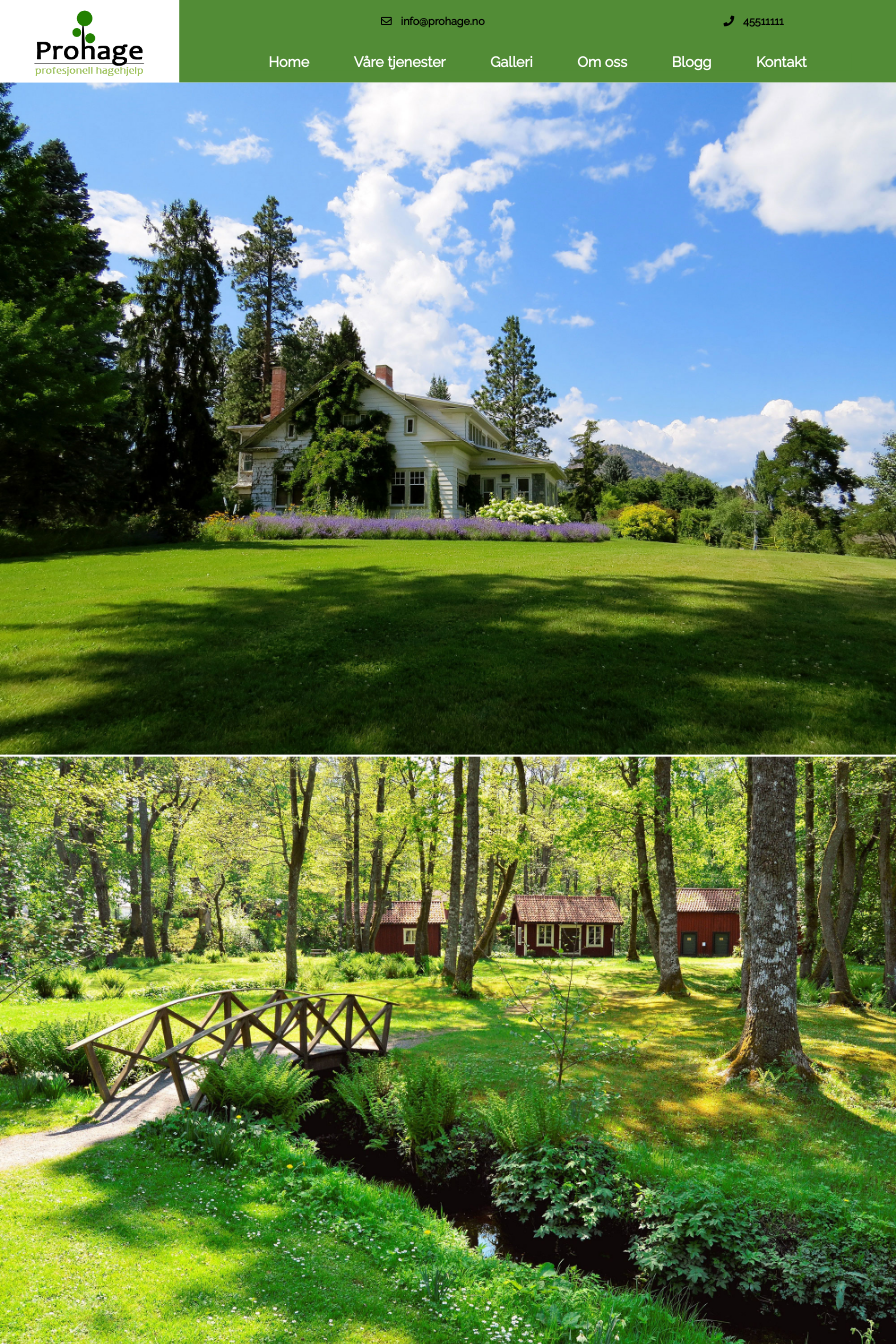
Repository: marinazzz/garden-design-website
Page: Garden design website/index.html
These files come from the project's save history. The page is drawn as it stood at one moment and after the next save; the edit follows.
The browser window is 1280 px wide. The pictures show the part of the page from y = 0 to 1920 px (the page is 2934 px tall before and 720 px after), at 70% of full size.

Above is the page before, as saved 2020-03-28 11:32:56.

### Garden design website/index.html
<!DOCTYPE html>
<html lang="nb">
<head>
    <title>Hagedesign Oslo</title>
    <link rel="stylesheet" type="text/css" href="CSS/fontawesome-free-5.12.1-web/css/all.min.css">
    <link rel="stylesheet" type="text/css" href="CSS/style.css"/>
    <link rel="stylesheet" type="text/css" href="CSS/min-width-768px.css">
    <link rel="stylesheet" type="text/css" href="CSS/min-width-992px.css">
    <link href="https://fonts.googleapis.com/css?family=Raleway&display=swap" rel="stylesheet">
    <meta name="viewport" content="width=device-width, initial-scale=1" charset="UTF-8">
</head>
<body>
    <header class="header--white-green">
        <div class="container__menu--small container__menu "> <!--grid container-->
            <div class="container__logo"> <!--1.column-->
                <img class="logo"src="images/prohage black.png" alt="Prohage logo">
            </div>
            <div class="container__items--small container__items"> <!--2.column-->
                <div class="container__item"> <!--1.row-->
                     <a href="mailto:info@prohage.no"
                         class ="container__item-txt"><i class="far fa-envelope"></i>info@prohage.no</a>
                     <a href="tlf:45511111"
                         class="container__item-txt"><i class="fas fa-phone"></i>45511111</a>
                </div>
               <div class="container__item-bottom"> <!--2.row-->
                   <button class="menu__toggle">
                       <i class="fas fa-bars"></i>
                   </button>
                   <nav id="menu">
                        <ul class="menu__list">
                            <li class="menu__item">
                                <a class="menu__link" href="home">Home</a>
                            </li>
                            <li class="menu__item">
                                <a class="menu__link" href="#services">Våre tjenester</a>
                            </li>
                            <li class="menu__item">
                                <a class="menu__link" href="#gallery">Galleri</a>
                            </li>
                            <li class="menu__item">
                                <a class="menu__link" href="#about">Om oss</a>
                            </li>
                            <li class="menu__item">
                                <a class="menu__link" href="#blog">Blogg</a>
                            </li>
                            <li class="menu__item">
                                <a class="menu__link" href="kontakt">Kontakt</a>
                            </li>
                       </ul>
                   </nav>
               </div>
            </div>
        </div>
        <section class="main-photo">
            <img class="main-photo__item1"
                 srcset="images/architecture-clouds-daylight-2000.jpg 2000w,
                         images/architecture-clouds-daylight-1000.jpg 1000w"
                 sizes="(min-width: 1440px) 2000px, 100vw"
                 src="images/architecture-clouds-daylight-2000.jpg" alt="Garden">
            <img class="main-photo__item2"
                 srcset="images/header-photo-2000.jpg 2000w,
                         images/header-photo-1000.jpg 1000w"
                 sizes="(min-width: 1440px) 2000px, 100vw"
                 src="images/header-photo-2000.jpg" alt="Garden designed by proffesional" >
            <img class="main-photo__item3"
                 srcset="images/main-header-photo-2000.jpg 2000w,
                         images/main-header-photo-1000.jpg 1000w"
                 sizes="(min-width: 1440px) 2000px, 100vw"
                 src="images/main-header-photo-2000.jpg" alt="Garden and plants" >
            <h1 class="main-photo__title">Profesjonell hagehjelp</h1>
        </section>
     </header>
     <main>
         <section id="services">

         </section>
         <section id="gallery">

        </section>
         <article id="blog-posts">
             <h3>Title of blog</h2>
             <p>Blog post text</p>
         </article>
         <section id="about oss">

        </section>
     </main>
     <footer>
	     <p>designed by Marina Zujic
		     <a href="https://github.com/marinazzz">github.com/marinazzz</a>
	     </p>
     </footer>
     <script src="JS/js-app.js"></script>
</body>
</html>

### Garden design website/CSS/style.css
html {
  font-size: 62.5%;
}

body {
  margin: 0;
  padding: 0;
  text-align: center;
  box-sizing: border-box;
  font-family: 'Raleway', sans-serif;
}

       /*__ HEADER__ */

/*color styles*/
.header--white-green {
  --header-bg-color: #528C36;
  --header-link-color: black;
  --header-menu-link: #fff;
  --header-toggle-color: #528C36;
}

/*main style*/
.container__menu--small {
  display: flex;
  justify-content: space-around;
}

.logo {
  max-height: 8rem;
}

.container__items--small {
  display: grid;
  grid-template-rows: 1fr 1fr;
  align-content: flex-end;
  width: 250px;
}

.container__item {
  align-self: center;
}

.container__item, .container__item-bottom {
  text-align: end;
}

.container__item-txt {
  color: var(--header-link-color);
  text-decoration: none;
  font-size: 1.2rem;
}

.container__item > a:first-of-type {
  padding-right: 1.6rem;
}

.container__item-bottom > nav {
  text-align: center;
}

.menu__toggle {
  color: var(--header-bg-color);
  box-sizing: border-box;
  border: none;
  background-color: transparent;
  outline: none;
  font-size: 3rem;
  line-height: 0;
  padding: 0.5rem;
  color: var(--header-toggle-color);
  position: relative;
  z-index: 100;
}

.fa-phone, .fa-envelope {
  margin-right: 1rem;
}


/* MENU */

#menu {
  position: absolute;
  top: auto;
  left: 0;
  width: 100%;
  padding-top: 1rem;
  background-color: var(--header-bg-color);
  z-index: 20;
}

.menu__list {
  padding: 0;
  margin: 0;
  display: flex;
  flex-direction: column;
}

.menu__item {
  display: block;
  margin-bottom: 1rem;
}

.menu__link {
  color: var(--header-menu-link);
  text-decoration: none;
  font-size: 1.6rem;
}

.menu-opened {
  display: none;
}


/*FOR SMALL DEVICES*/

@media screen and (max-width: 420px) {

  .logo {
    max-height: 7rem;
  }

  .container__items--small {
    width: auto;
    align-self: center;
  }

  .container__item > a:first-of-type {
    padding-right: 1.3rem;
  }

  .container__item {
    text-align: center;
  }

  .fa-phone, .fa-envelope {
    margin-right: 0.3rem;
  }
}

/* MAIN PICTURE */

.main-photo {
  position: relative;
}

.main-photo__item {
   width: 100%;
}

.main-photo__titlegit {
  position: absolute;
  bottom: 1rem;
  left: 20rem;
  font-size: 2rem;
}

/*1. COLOR OPTION*/
/* CSS variables*/
/* :root {
  --header-bg-color: #4daa57;
  --header-top-bg-color: #252525;
  --header-toggle-color: #fff;
}*/

/*.top-header__item {
  color: var(--header-link-color);
  text-decoration: none;
  font-size: 1.4rem;
}*/


/*------MAIN----------*/

### Garden design website/CSS/min-width-768px.css
@media screen and (min-width: 768px) {

  html {
    font-size: 70%;
  }

   /* HEADER */

   .container__menu {
    display: grid;
    grid-template-columns: 2fr 80%;;
  }

  .logo {
    z-index: 100;
  }

  .container__items {
    display: grid;
    grid-template-rows: 1fr 1fr;
    background: var(--header-bg-color);
    width: auto;
  }

  .container__item {
    align-self: center;
    display: flex;
    justify-content: space-around;
    /*padding-left: 23rem;*/
  }

  .container__item-bottom {
    display: flex;
    align-items: center;
  }

  .menu__toggle {
    display: none;
  }

  /* NAVIGATION */

  .menu-opened .menu__item .menu__link {
    display: block;
  }

  #menu {
    display: block;
    position: static;
    padding: 0;
    top: 0;
  }

  .menu__list {
    flex-direction: row;
    justify-content: space-evenly;
  }

  .menu__item {
    margin: 0;
  }

  .menu__item:hover {
    background-color:#272727;
  }

  .menu__link:active {
    color:black;
  }

  .menu__link, .container__item-txt {
    font-weight: bold;
  }


  /* color styles */

  :root {
    /*header*/
    --header-bg-color:#528C36;
    --link-color: #FCFDF9;
  }

}

### Garden design website/CSS/min-width-992px.css
@media screen and (min-width: 992px) {
    html {
        font-size: 80%;
    }

    .logo {
        max-height: 9rem;
    }

    .container__item {
        padding-left: 10rem;
    }

    .container__item-bottom {
        padding: 0 5rem;
    }
}

@media screen and (min-width: 1440px) {
    .container__item {
        padding-left: 22rem;
    }
}

@media screen and (min-width: 2560px) {

    .logo {
        max-height: 12rem;
    }

    .container__item {
        justify-self: center;
    }

    .container__item > a:first-of-type {
        padding: 0 13rem;
    }

    .container__item-bottom {
        padding: 0 40rem;
    }
}

### Garden design website/JS/js-app.js
let mainNav = document.getElementById("menu");

let navBarToggle = document.querySelector(".menu__toggle");

navBarToggle.addEventListener("click", function () {

    mainNav.classList.toggle("menu-opened");
});

Loaded but not shown: Garden design website/CSS/fontawesome-free-5.12.1-web/css/all.min.css (library); Garden design website/PLUGINS/glide-master/dist/css/glide.theme.min.css (common file); Garden design website/PLUGINS/glide-master/dist/glide.min.js (library)

After the next save:
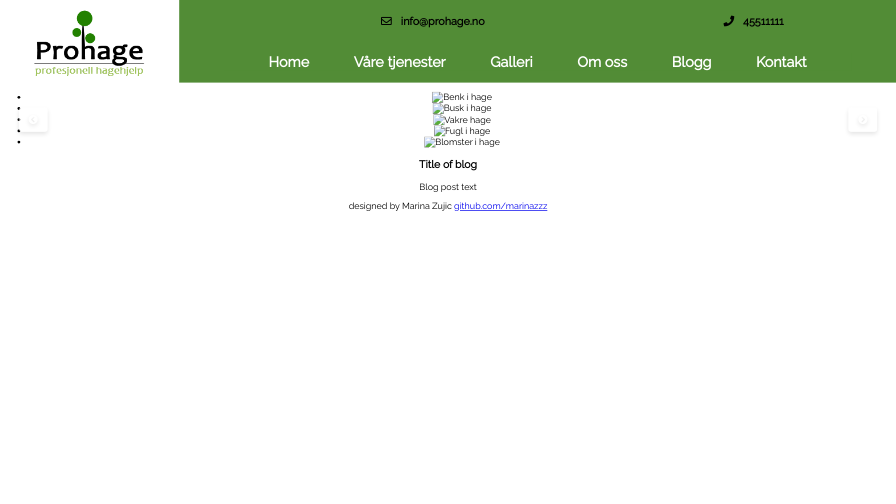
Not found: Garden design website/images/bloom-blossom-flora-flower-130154.jpg
Not found: Garden design website/images/brown-and-red-birdhouse-2640604.jpg
Not found: Garden design website/images/bushes-in-garden-1360684-1920x1440.jpg
Saved 66 min 30 s later.
--- a/Garden design website/index.html
+++ b/Garden design website/index.html
@@ -6,6 +6,7 @@
     <link rel="stylesheet" type="text/css" href="CSS/style.css"/>
     <link rel="stylesheet" type="text/css" href="CSS/min-width-768px.css">
     <link rel="stylesheet" type="text/css" href="CSS/min-width-992px.css">
+    <link rel="stylesheet" type="text/css" href="PLUGINS/glide-master/dist/css/glide.theme.min.css" />
     <link href="https://fonts.googleapis.com/css?family=Raleway&display=swap" rel="stylesheet">
     <meta name="viewport" content="width=device-width, initial-scale=1" charset="UTF-8">
 </head>
@@ -52,7 +53,46 @@
             </div>
         </div>
         <section class="main-photo">
-            <img class="main-photo__item1"
+            <div class="glide">
+                <div class="glide__track"
+                     data-glide-el="track">
+                    <ul class="glide__slides">
+                        <li class="glide__slide">
+                            <img src="images/garden-bench-1229861-1920x1440.jpg"
+                                 alt="Benk i hage">
+                        </li>
+                        <li class="glide__slide">
+                            <img src="images/bushes-in-garden-1360684-1920x1440.jpg"
+                                 alt="Busk i hage">
+                        </li>
+                        <li class="glide__slide">
+                            <img src="images/garden-scene-1573032-1918x1444.jpg"
+                                 alt="Vakre hage">
+                        </li>
+                        <li class="glide__slide">
+                            <img src="images/brown-and-red-birdhouse-2640604.jpg"
+                                 alt="Fugl i hage">
+                        </li>
+                        <li class="glide__slide">
+                            <img src="images/bloom-blossom-flora-flower-130154.jpg"
+                                 alt="Blomster i hage">
+                        </li>
+                    </ul>
+                </div>
+                <div class="glide__arrows"
+                     data-glide-el="controls">
+                    <button class="glide__arrow glide__arrow--left"
+                            data-glide-dir="<">
+                        <i class="fas fa-chevron-circle-left"></i>
+                    </button>
+                    <button class="glide__arrow glide__arrow--right"
+                            data-glide-dir=">">
+                        <i class="fas fa-chevron-circle-right"></i>
+                    </button>
+                </div>
+            </div>
+
+            <!--<img class="main-photo__item1"
                  srcset="images/architecture-clouds-daylight-2000.jpg 2000w,
                          images/architecture-clouds-daylight-1000.jpg 1000w"
                  sizes="(min-width: 1440px) 2000px, 100vw"
@@ -67,7 +107,7 @@
                          images/main-header-photo-1000.jpg 1000w"
                  sizes="(min-width: 1440px) 2000px, 100vw"
                  src="images/main-header-photo-2000.jpg" alt="Garden and plants" >
-            <h1 class="main-photo__title">Profesjonell hagehjelp</h1>
+            <h1 class="main-photo__title">Profesjonell hagehjelp</h1>-->
         </section>
      </header>
      <main>
@@ -90,6 +130,7 @@
 		     <a href="https://github.com/marinazzz">github.com/marinazzz</a>
 	     </p>
      </footer>
+     <script src="PLUGINS/glide-master/dist/glide.min.js"></script>
      <script src="JS/js-app.js"></script>
 </body>
 </html>
